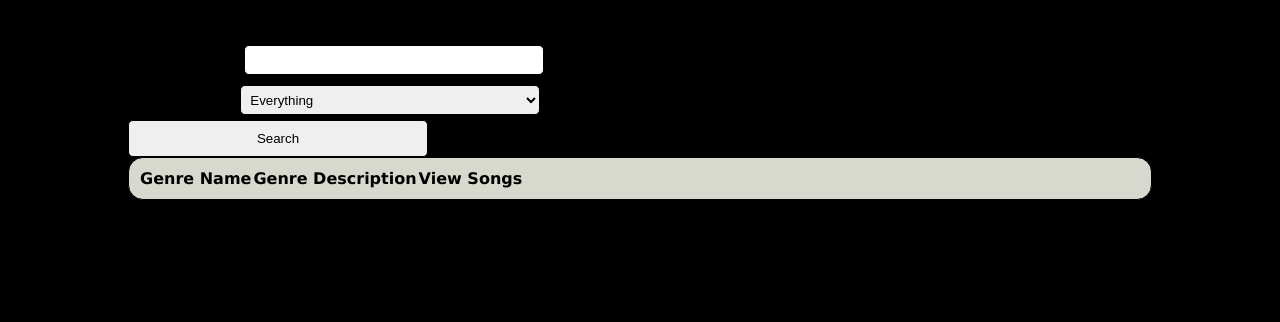
Repository: RRGTHWAR/bkg16_INFSCI1017
Page: bkg16_Music_FinalProject/WebContent/genre.html
An editor plug-in stored every save of this project. The page is shown before and after the next save, followed by the edit.
The browser window is 1280 px wide. The pictures show the whole page.

Above is the page before, as saved 2019-04-12 13:14:12.

### bkg16_Music_FinalProject/WebContent/genre.html
<html>
<head>
<meta charset="UTF-8">
<title>Music Genres</title>
<script src="js/jquery-3.3.1.min.js"></script>
<link href="css/style.css" rel="stylesheet" type="text/css" />

</head>
<body>
<div id="genreSearch">
	<div>
		Genre Name: <input type="text" id="genreName" name="genreName" value="" class="textField" />
	</div>
	<div>
		Search Type:
		<select name="searchType" id="searchType" class="textField">
			<option value="">Everything</option>
			<option value="equals">Equals</option>
			<option value="begins">Begins</option>
			<option value="ends">Ends</option>
			<option value="contains">Contains</option>
		</select>
	</div>
	<div>
		<input type="button" id="btnSearch" name="btnSubmit" value="Search" />
	</div>
</div>

<div id="searchResults">
	<table id="tblSearchResults">
		<tr>
			<th>Genre Name</th>
			<th>Genre Description</th>
			<th>View Songs</th>
		</tr>
	</table>
</div>

</body>
<script>
	$(document).ready(function (){
		$("#btnSearch").click(function (){
			var genreName = $("#genreName").val();
			var searchType = $("#searchType").val();
			// console.log("Genre: " + genreName);
			// console.log("SearchType: " + searchType);
			var url = "GenreListWS?genreName=" + genreName + "&searchType=" + searchType;
			// console.log(url);
			$.get(url, function(resp){
				parseGenreData(resp);
			})
		});
	});

	function parseGenreData(data){
		// $("#searchResults").text(JSON.stringify(data));
		var result = "";

		for(var i=0; i < data.length; i++){
			var tr = $("<tr></tr>"); // created empty html table row

			// First data cell
			var td = $("<td></td>"); // created empty html table data
			td.html(data[i].genre_name);
			tr.append(td);

			// Second data cell
			// Note that we don't need to redeclare this
			td = $("<td></td>");
			td.html(data[i].description)
			tr.append(td);

			// Second data cell
			// Note that we don't need to redeclare this
			td = $("<td></td>");
			var link = "<a href='song.html?genre_id=" + data[i].genre_id + "'>View Songs</a>";
			td.html(link[i])
			tr.append(td);

			// Append row to the table
			$("#tblSearchResults").append(tr);

			// result += 'Name: ' + data[i].genre_name + ' Description: ' + data[i].description + '<br />';
		}

		// $("#searchResults").html(result);
	}
</script>
</html>

### bkg16_Music_FinalProject/WebContent/css/style.css
@charset "UTF-8";

html, body {
	background-color: black;
}

body {
	font-family: Verdana, Geneva, sans-serif;
	font-size: 100%;
	width: 80%;
	margin-right: auto;
	margin-left: auto;
	padding: 2.5% 2.5% 0;
	line-height: 1.8;
}

h1, h2, h3, h4, h5, h6, p {
	margin: 0;
	padding: 0;
}

h1, h2, h3, h4, h5, h6 {
	color: #1DB954;
}

p {
	margin-bottom: 1em;
}

#navBar {
	background-color: #D7D9CE;
	border: 1px solid #000;
	padding: 10px;
	border-radius: 15px;
}

#navBar ul li {
	background-color: #1DB954;
	margin-left: 0;
	margin-bottom: 10px;
	padding: 2px 15px 5px;
	border: 1px solid #000;
	list-style: none;
	display: inline;
}

#mainHeader {
	background-color: #D7D9CE;
	border: 1px solid #000;
	padding: 10px;
	margin-top: 10px;
	border-radius: 15px;
	text-align: center;
}

.searchBox {
	background-color: #D7D9CE;
	border: 1px solid #000;
	padding: 10px;
	margin-top: 10px;
	border-radius: 15px;
	margin-bottom: 10px;
}

.textField {
	border: 1px solid #000;
	border-radius: 5px;
	padding: 5px;
	margin: 5px;
	width: 300px;
	height: 30px;
}

#searchResults {
	background-color: #D7D9CE;
	border: 1px solid #000;
	padding: 10px;
	margin-top: 10px;
	border-radius: 15px;
	display: block;
	margin: 0 auto;
}

#btns ul li {
	padding: 10px;
	margin-top: 10px;
	border-radius: 15px;
	text-align: center;
	list-style: none;
	display: inline-block;
}

input[type=button] {
	border: 1px solid #000;
	padding: 10px;
	border-radius: 5px;
	display: inline-block;
	margin: 0 auto;
	width: 300px;
}

#tblSearchResults {
	border-collapse: collapse;
}

#tblSearchResults tr th td {
	border: 1px solid #000;
	padding: 5px;
	border-collapse: collapse;
	display: inline-block;
	margin: 0 auto;
	text-align: center;
}

Loaded but not shown: bkg16_Music_FinalProject/WebContent/js/jquery-3.3.1.min.js (library)

After the next save:
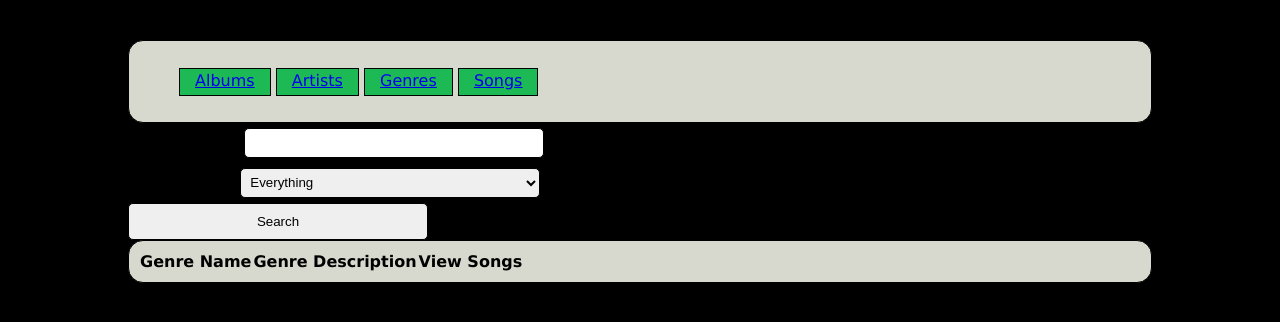
Saved 25 s later.
--- a/bkg16_Music_FinalProject/WebContent/genre.html
+++ b/bkg16_Music_FinalProject/WebContent/genre.html
@@ -7,6 +7,14 @@
 
 </head>
 <body>
+	<div id="navBar">
+		<ul>
+			<li><a href="album.html" title="Albums">Albums</a></li>
+			<li><a href="artist.html" title="Artists">Artists</a></li>
+			<li><a href="genre.html" title="Genres">Genres</a></li>
+			<li><a href="song.html" title="Songs">Songs</a></li>
+		</ul>
+	</div>
 <div id="genreSearch">
 	<div>
 		Genre Name: <input type="text" id="genreName" name="genreName" value="" class="textField" />
